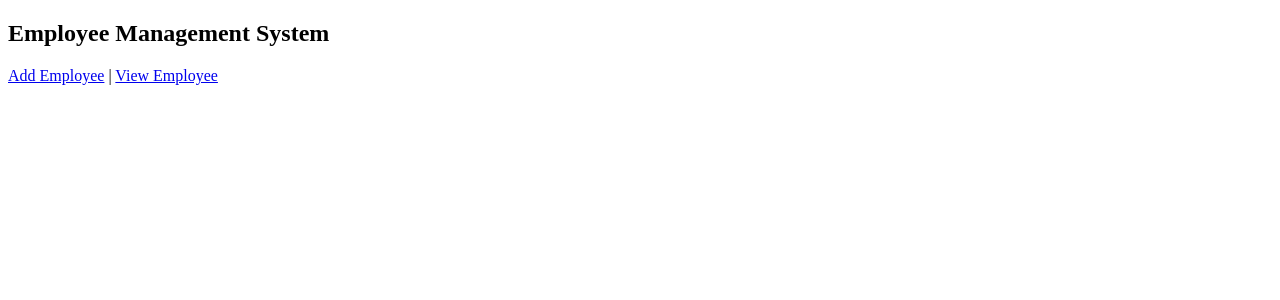
Repository: sefali123456/simpleRestApi123
Page: Servers/EmployeeManagementSystem/src/main/webapp/index.html
These files come from the project's save history. The page is drawn as it stood at one moment and after the next save; the edit follows.
The browser window is 1280 px wide. The pictures show the whole page.

Above is the page before, as saved 2023-12-10 16:59:06.

After the next save:
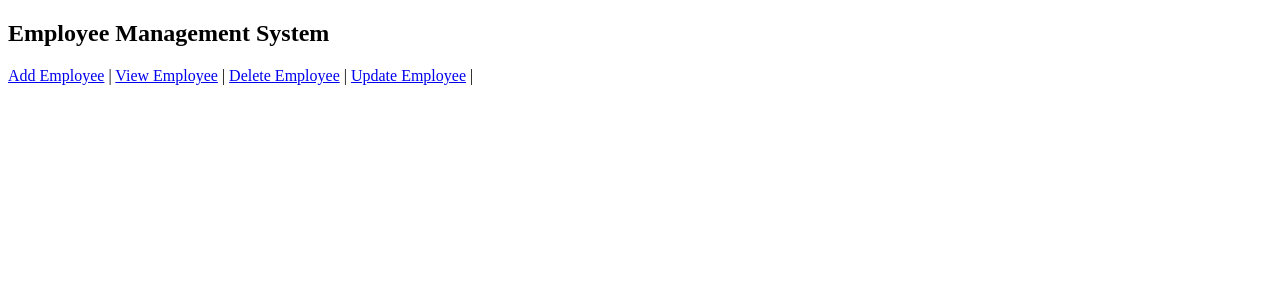
Saved 47 s later.
--- a/Servers/EmployeeManagementSystem/src/main/webapp/index.html
+++ b/Servers/EmployeeManagementSystem/src/main/webapp/index.html
@@ -1,12 +1,14 @@
 <!DOCTYPE html>
 <html>
 <head>
-<meta charset="UTF-8">
+<meta charset="ISO-8859-1">
 <title>Insert title here</title>
 </head>
 <body>
 <h2>Employee Management System</h2>
 <a href="addEmployee.jsp">Add Employee</a> |
-<a href="EmployeeController">View Employee</a>
+<a href="EmployeeController">View Employee</a> |
+<a href="deleteEmployee.jsp">Delete Employee</a> |
+<a href="updateEmployee.jsp">Update Employee</a> |
 </body>
 </html>
